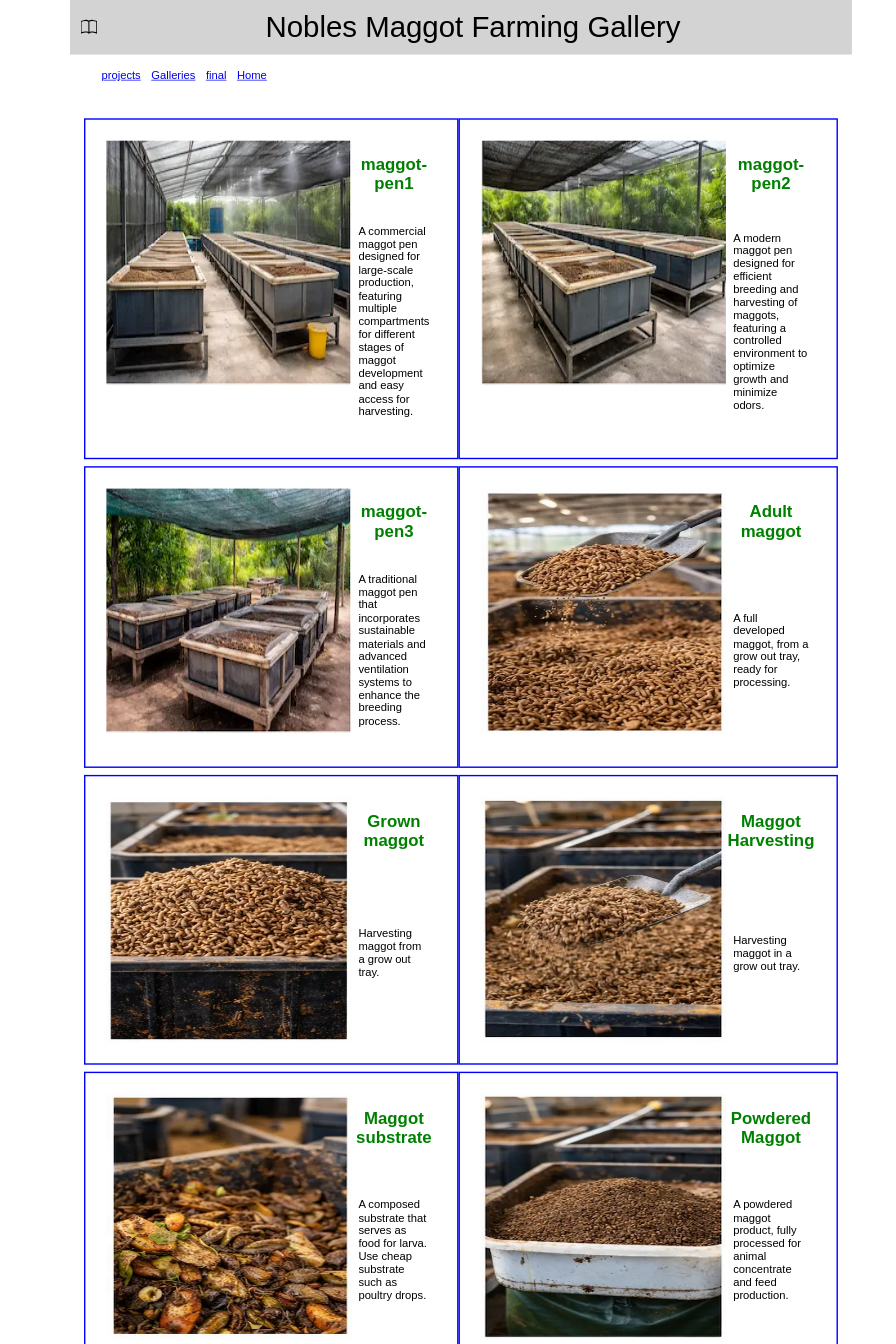
Repository: NoblesNigeria/articles
Page: maggot/farm-galleries.html
The author's editor kept a copy of each file at every save. The page is drawn from the files as they stood at one save, then again after the next save.
The browser window is 1280 px wide. The pictures show the part of the page from y = 0 to 1920 px (the page is 2701 px tall), at 70% of full size.

Above is the page before, as saved 2026-02-23 11:00:18.
Console error: TypeError: Cannot read properties of null (reading 'addEventListener')

### maggot/farm-galleries.html
<!DOCTYPE html>
<html lang="en">
<head>
    <meta charset="UTF-8">
    <meta name="viewport" content="width=device-width, initial-scale=1.0">
    <meta name="description" content="This is the business directory page for the Chamber of Commerce, We connect businesses and foster growth in our community.">
    <meta name="author" content="Nwose Anthony">
    <meta property="og:title" content="Evergreen Chamber of Commerce">
    <meta property="og:description" content="Evergreen Chamber of Commerce - Connecting Businesses, Fostering Growth">
    <meta property="og:image" content=" https://noblesnigeria.github.io/wdd231/chamber/images/image.jpg">
    <meta property="og:url" content=" https://noblesnigeria.github.io/chamber/directory.html">
    <link rel="stylesheet" href="styles/normalize.css">
    <link rel="stylesheet" href="styles/final-small.css">
    <link rel="stylesheet" href="styles/final-medium.css">
    <link rel="stylesheet" href="styles/final-large.css">
    <script src="scripts/final.js" defer></script>
    <link rel="icon" href="favicon.ico">
    <title>Nobles Agricultural Technology</title>
    <link rel="preconnect" href="https://fonts.googleapis.com">
    <link rel="preconnect" href="https://fonts.gstatic.com" crossorigin>
    <link href="https://fonts.googleapis.com/css2?family=Roboto:wght@100..900&display=swap" rel="stylesheet">
</head>
<body>
    <header>
        <img src="images/book.svg" alt="Chamber Logo">
        <span>Nobles Maggot Farming Gallery</span>
        <button id="ham-btn" class="hamburger"></button>
    </header>
    <nav id="navigation" class="navigate">
        <ul>
           <li><a href="https://noblesnigeria.github.io/wdd231/final-project/index.html">projects</a></li>
            <li><a href="https://noblesnigeria.github.io/wdd231/final-project/farm-galleries.html">Galleries</a></li>
            <li><a href="https://noblesnigeria.github.io/wdd231/final-project/final.html">final</a></li>
            <li><a href="https://noblesnigeria.github.io/wdd231/index.html">Home</a></li>
        </ul>
    </nav>
    <main>
        <section id="directory-entries"></section>
    </main>
    <p> Back to personal page click here <a href="https://noblesnigeria.github.io/wdd231/index.html"> personal page</a></p>
    <p>To watch the video on page making click <a href="https://app.screencastify.com/watch/4KcYn3ku5BtcIechrisi?checkOrg=2b556cc6-6db3-4d8e-972a-422a65bee404">Watch</a></p>
    <footer>
        <aside class="contact">
            <h2>Nobles Agrotech</h2>
            <p>9, Idara avenue off Imafidon street, Evboneka </p>
            <p>Benin City, Edo State, Nigeria.</p>
            <p>Phone: +234 838090539</p>
            <p>Email:noblesnigeria@gmail.com</p>
        </aside>
        <aside class="media">
            <a href="https://github.com/NoblesNigeria"><img src="images/facebook.svg" alt="facebook" width="100" height="100"></a>
            <a href="https://github.com/NoblesNigeria"><img src="images/github.svg" alt="Github" width="100" height="100"></a>
            <a href="https://github.com/NoblesNigeria"><img src="images/linkedin.svg" alt="Linkedin" width="100" height="100"></a>
        </aside>
        <aside class="copy-right">
            <h2>WDD 231 Final Project</h2>
            <h3>Nwose Anthony</h3>
            <p>&copy; <span class="current-year"></span> Evergreen</p>
            <p>Last modified: <span class="lastModified"></span></p>
        </aside>
    </footer>
</body>
</html>

### maggot/styles/final-small.css
body{
    display:grid;
    grid-template-columns: auto;
    font-family: Arial, sans-serif;
    padding: 0;
    align-items: center;
}
#card{
    background-color: gray;
}
#clear{
    background-color: lightblue;
}
.profitability{
    background-color: lightgray;
}
h2{
    color:green;
    text-align: center;
}
h3{
    color:skyblue;
}
header{
    display:grid;
    grid-template-columns: 24px auto 44px;
    gap:10px;
    align-items:center;
    background-color: lightgrey;
    text-align: center;
}
header img{
    width:100%;
}
h1{
    color: blue;
    text-align: center;
}
.hamburger{
    border:none;
    cursor:pointer;
    font-size: 32px;
}
.hamburger::before{
    content: "\2630";
    font-size: 32px;
}
.hamburger.show::before{
    content: "\2715";
}
.navigate{
    display:none;
}
.navigate.show{
    display:block;
}
nav ul{
    list-style-type: none;
    display:block;
}
nav a:hover{
    color: purple;
}
.dove{
    color: red;
}
.jump{
    color: green;
}
main{
    padding: 20px;
}
#directory-entries section{
    display: grid;
    grid-template-columns: 1fr;
    grid-template-areas:
    "image"
    "name"
    "description"
    ;
    border: 2px solid blue;
    padding: 30px;
    margin-top: 10px;
}
#directory-entries img{
    grid-area: image;
    width: 350px;
    height: 250px;
}
#directory-entries h2{
    grid-area: name;
}
#directory-entries p{
    grid-area: description;
}
.profitability,th, td {
    border: 2px  solid black;
    padding: 10px;
}
.nutrient{
    border-collapse: collapse;
}
.profitability{
    border-collapse: collapse;
}
#register{
    padding: 10px;
    display:grid;
    background-color: gray;
}
label input{
    display:flex;
    padding: 5px;
}
button:hover{
    background-color: green;
}
#notification{
    padding: 5px;;
    width: 80px;
    margin-top: 5px;
}
#address{
    color: green;
}
footer{
    border-top: 1px solid black;
    padding-top: 5px;
    text-align: center;
    background-color: lightgrey;
}

.media img{
    width:44px;
    height:44px;
}

### maggot/styles/final-medium.css
@media only screen and (min-width: 38rem){
    #directory-entries section{
        display: grid;
        grid-template-columns: 1fr;
        grid-template-areas:
        "image name"
        "image description"
        ;
        border: 2px solid blue;
        padding: 30px;
        margin-top: 10px;
    }
    #directory-entries img{
        width: 350px;
        height: 350px;
    }
    #register{
        width: 400px;
        margin-left: 250px;
    }

}

### maggot/styles/final-large.css
@media only screen and (min-width: 50rem) {
    body{
        width: 1050px;
        margin-left: 100px;
    }
    header{
        grid-template-columns: 24px auto;
        font-size: 42px;
        padding: 15px;
    }
    #navigation{
        display:block;
        padding: 5px;
    }
    .hamburger{
        display:none;
    }
    .navigate ul{
        display:flex;
        flex-direction: row;
        gap: 15px;
    }
    footer{
        display: grid;
        grid-template-columns: auto auto auto;
        align-items: center;
    }
    .contact{
        grid-column: 1;
    }
    .media{
        grid-column: 2;
        justify-content: center;
    }
    .copy-right{
        grid-column: 3;
    }
    #directory-entries{
        display: grid;
        grid-template-columns: 1fr 1fr;
    }
    #directory-entries p{
        padding: 10px;
    }
}

### maggot/scripts/final.js

const details = './data/final.json';
const cards = document.querySelector('#directory-entries');

let allGallery = [];

// Wait for DOM to load
document.addEventListener('DOMContentLoaded', () => {
    getDetails();
});

// Fetch data
async function getDetails() {
    try {
        const response = await fetch(details);

        // Check if request was successful
        if (!response.ok) {
            throw new Error(`HTTP error! Status: ${response.status}`);
        }

        const data = await response.json();

        // Make sure gallery exists
        if (!data.gallery || !Array.isArray(data.gallery)) {
            throw new Error('Invalid JSON format: "gallery" not found');
        }

        allGallery = data.gallery;

        displayDetails(allGallery);

    } catch (error) {
        console.error('Error loading gallery:', error);
        cards.innerHTML = '<p>Failed to load gallery data.</p>';
    }
}

// Display members
function displayDetails(gallery) {
    cards.innerHTML = ''; // Clear cards

    gallery.forEach(member => {
        const card = document.createElement('section');
        card.classList.add('member-card');

        const h2 = document.createElement('h2');
        h2.textContent = member.name || 'No Name';

        const img = document.createElement('img');
        img.src = member.image || 'images/placeholder.jpg';
        img.alt = member.name || 'Gallery image';
        img.loading = 'lazy';

        const description = document.createElement('p');
        description.textContent = member.description

        card.append(h2, img, description);
        cards.appendChild(card);
    });
}

const ham = document.querySelector('#ham-btn');
const nav = document.querySelector('#navigation');
ham.addEventListener('click', () => {
    nav.classList.toggle('show');
    ham.classList.toggle('show');
});



const notify= document.getElementById('notification');
const inform= document.getElementById('info');
const signUp= document.getElementById('sign-up');

notify.addEventListener("click", () => {
    inform.showModal();
});

signUp.addEventListener("click", () => {
    inform.close();
});

### maggot/data/final.json
{
  "gallery": [
    {
      "name": "maggot-pen1",
      "description": "A commercial maggot pen designed for large-scale production, featuring multiple compartments for different stages of maggot development and easy access for harvesting.",
      "image": "images/modern-maggot-pen1.webp"
    },
    {
      "name": "maggot-pen2",
      "description": "A modern maggot pen designed for efficient breeding and harvesting of maggots, featuring a controlled environment to optimize growth and minimize odors.",
      "image": "images/modern-maggot-pen2.webp"
    },
    {
      "name": "maggot-pen3",
      "description": "A traditional maggot pen that incorporates sustainable materials and advanced ventilation systems to enhance the breeding process.",
      "image": "images/maggot-pen3.webp"
    },
    {
      "name": "Adult maggot",
      "description": "A full developed maggot, from a grow out tray, ready for processing.",
      "image": "images/maggot1.webp"
    },
    {
      "name": "Grown maggot",
      "description": "Harvesting maggot from a grow out tray.",
      "image": "images/maggot2.webp"
    },
    {
      "name": "Maggot Harvesting",
      "description": "Harvesting maggot in a grow out tray.",
      "image": "images/maggot8.webp"
    },
    {
      "name": "Maggot substrate",
      "description": "A composed substrate that serves as food for larva. Use cheap substrate such as poultry drops.",
      "image": "images/maggot7.webp"
    },
    {
      "name": "Powdered Maggot",
      "description": "A powdered maggot product, fully processed for animal concentrate and feed production.",
      "image": "images/maggot5.webp"
    },
    {
      "name": "Modern drying facility",
      "description": "A modern maggot drying facility for industrial and commercial maggot production.",
      "image": "images/maggot-modern-processing.webp"
    },
    {
      "name": "Traditional processing",
      "description": "A local processing facility using economical and low-cost processing techniques.",
      "image": "images/maggot-local-processing2.webp"
    }
  ]
}

Loaded but not shown: maggot/styles/normalize.css (library)

After the next save:
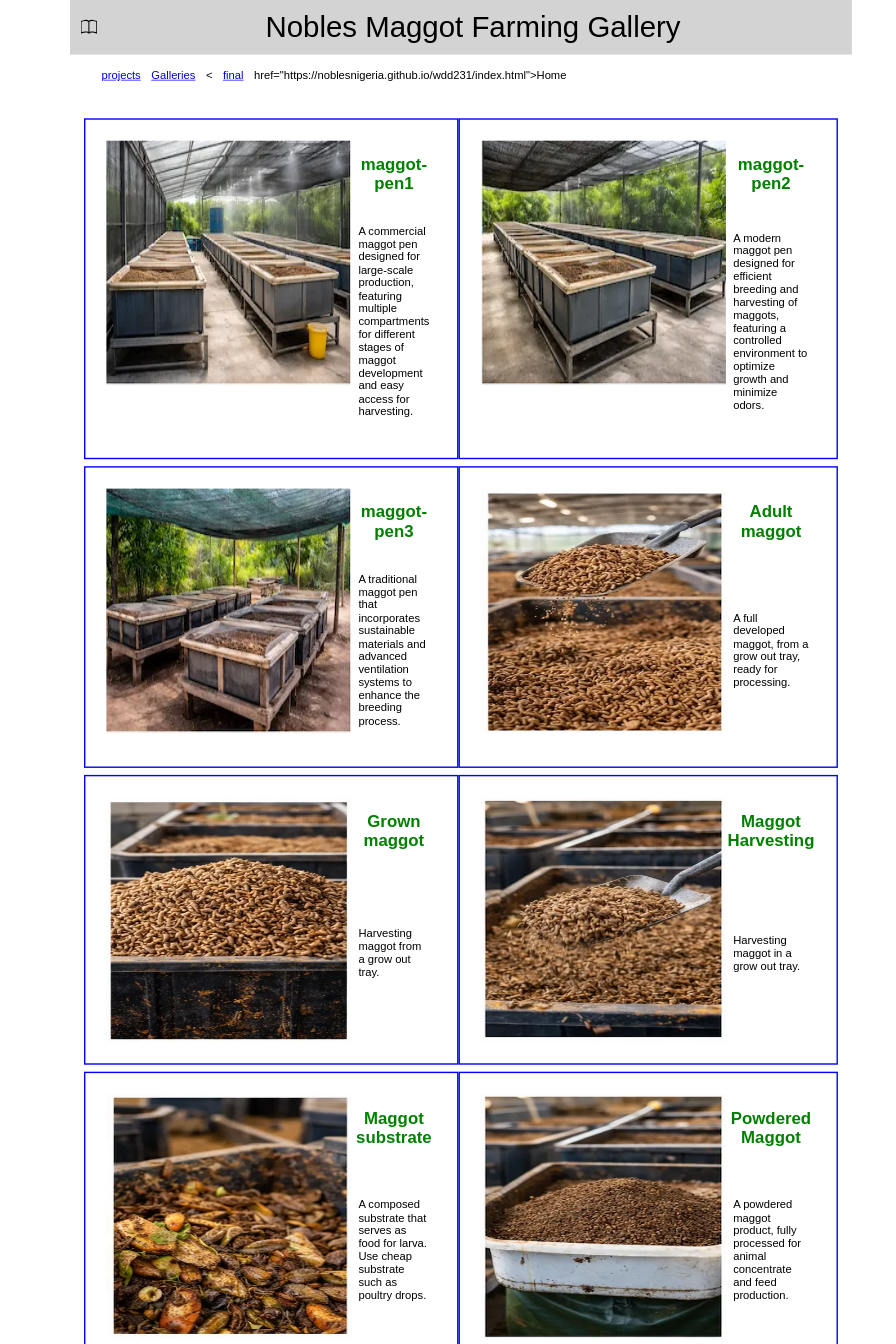
Saved 119 s later.
--- a/maggot/farm-galleries.html
+++ b/maggot/farm-galleries.html
@@ -30,8 +30,8 @@
         <ul>
            <li><a href="https://noblesnigeria.github.io/wdd231/final-project/index.html">projects</a></li>
             <li><a href="https://noblesnigeria.github.io/wdd231/final-project/farm-galleries.html">Galleries</a></li>
-            <li><a href="https://noblesnigeria.github.io/wdd231/final-project/final.html">final</a></li>
-            <li><a href="https://noblesnigeria.github.io/wdd231/index.html">Home</a></li>
+            <
+            <li><ali><a href="https://noblesnigeria.github.io/wdd231/final-project/final.html">final</a></li> href="https://noblesnigeria.github.io/wdd231/index.html">Home</a></li>
         </ul>
     </nav>
     <main>
